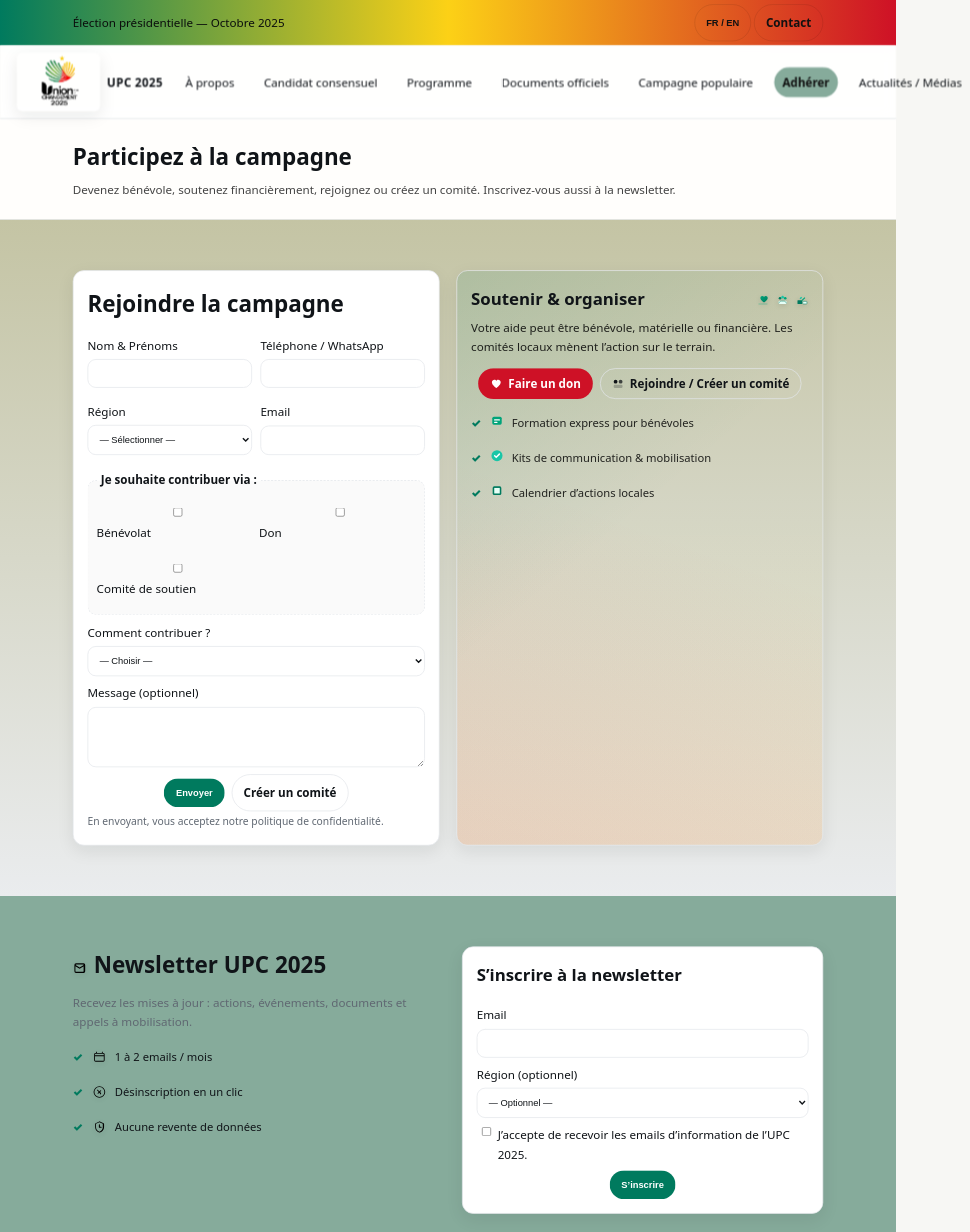
Repository: Kishny/upc2025
Page: adherer.html
An editor plug-in stored every save of this project. The page is shown before and after the next save, followed by the edit.
The browser window is 1280 px wide. The page is 1386 px wide, so the pictures cover 1386 px, including what lies to the right of the window. The pictures show the part of the page from y = 0 to 1760 px (the page is 2360 px tall before and 3292 px after), at 70% of full size.

Above is the page before, as saved 2025-09-13 01:03:14.
Console error: TypeError: Cannot set properties of undefined (setting 'ready')

After the next save:
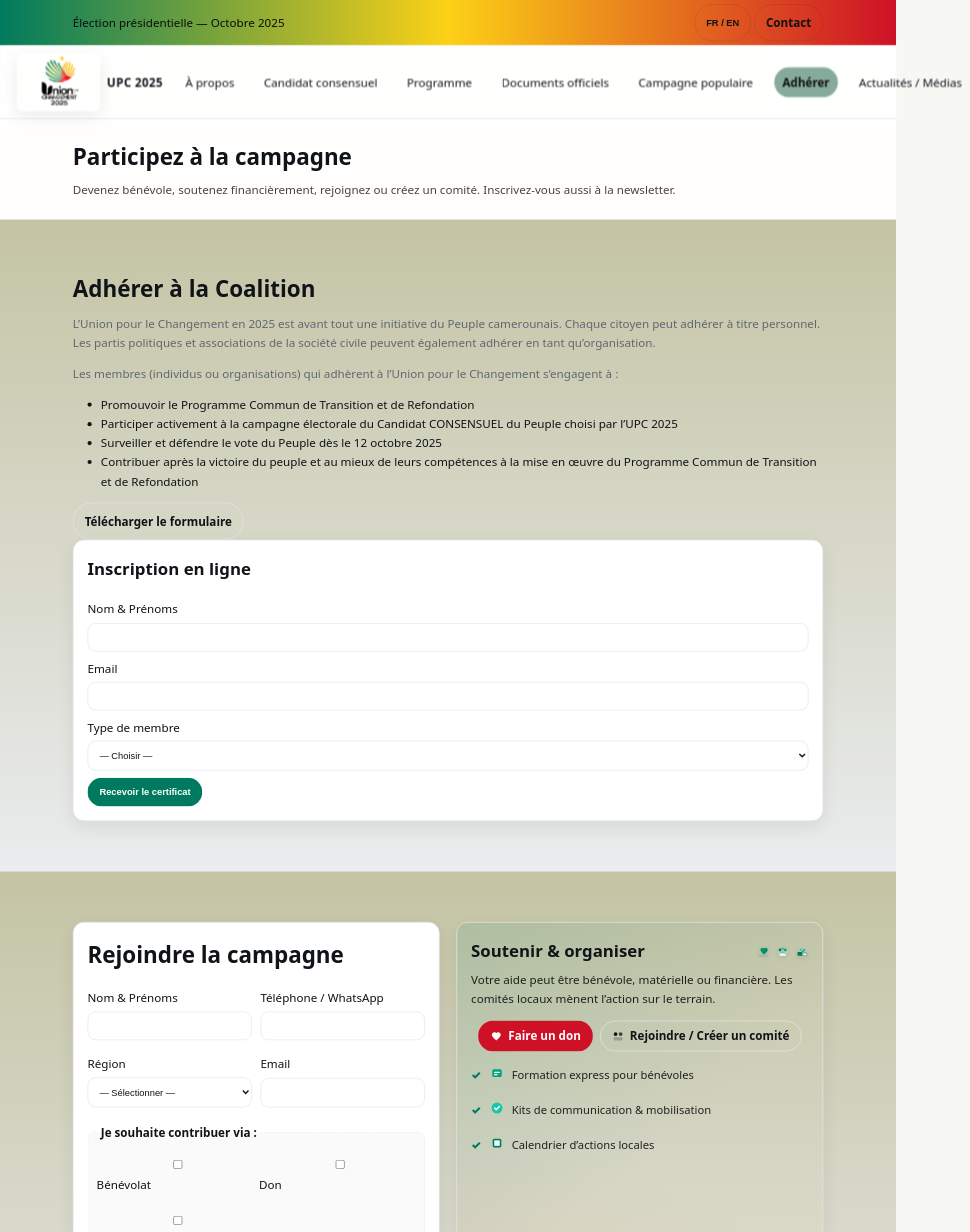
Saved 35 h 15 min later.
--- a/adherer.html
+++ b/adherer.html
@@ -81,6 +81,86 @@
       </div>
     </section>
 
+    <!-- =========================
+   SECTION ADHERER A LA COALITION
+========================= -->
+    <section id="adherer-coalition" class="section section--adhesion">
+      <div class="container">
+        <h2 data-i18n="adhesion_title">Adhérer à la Coalition</h2>
+
+        <p>
+          L’Union pour le Changement en 2025 est avant tout une initiative du
+          Peuple camerounais. Chaque citoyen peut adhérer à titre personnel. Les
+          partis politiques et associations de la société civile peuvent
+          également adhérer en tant qu’organisation.
+        </p>
+
+        <p>
+          Les membres (individus ou organisations) qui adhèrent à l’Union pour
+          le Changement s’engagent à :
+        </p>
+
+        <ul class="adhesion__commitments">
+          <li>
+            Promouvoir le Programme Commun de Transition et de Refondation
+          </li>
+          <li>
+            Participer activement à la campagne électorale du Candidat
+            CONSENSUEL du Peuple choisi par l’UPC 2025
+          </li>
+          <li>
+            Surveiller et défendre le vote du Peuple dès le 12 octobre 2025
+          </li>
+          <li>
+            Contribuer après la victoire du peuple et au mieux de leurs
+            compétences à la mise en œuvre du Programme Commun de Transition et
+            de Refondation
+          </li>
+        </ul>
+
+        <div class="adhesion__cta">
+          <a
+            href="docs/formulaire-adhesion.pdf"
+            target="_blank"
+            class="btn btn--outline"
+            data-i18n="adhesion_download"
+            >Télécharger le formulaire</a
+          >
+
+          <form id="form-adhesion-cert" class="card" novalidate>
+            <h3 data-i18n="adhesion_online_title">Inscription en ligne</h3>
+            <label>
+              <span data-i18n="field_name">Nom & Prénoms</span>
+              <input type="text" name="name" required />
+            </label>
+            <label>
+              <span data-i18n="field_email">Email</span>
+              <input type="email" name="email" required />
+            </label>
+            <label>
+              <span data-i18n="field_role">Type de membre</span>
+              <select name="role" required>
+                <option value="" selected disabled data-i18n="select_role">
+                  — Choisir —
+                </option>
+                <option data-i18n="opt_individual">Individuel</option>
+                <option data-i18n="opt_organization">Organisation</option>
+              </select>
+            </label>
+
+            <div class="form__alert" hidden></div>
+            <button
+              type="submit"
+              class="btn btn--primary"
+              data-i18n="btn_send_cert"
+            >
+              Recevoir le certificat
+            </button>
+          </form>
+        </div>
+      </div>
+    </section>
+
     <!-- Formulaire Adhésion -->
     <section class="section">
       <div class="container grid-2">
